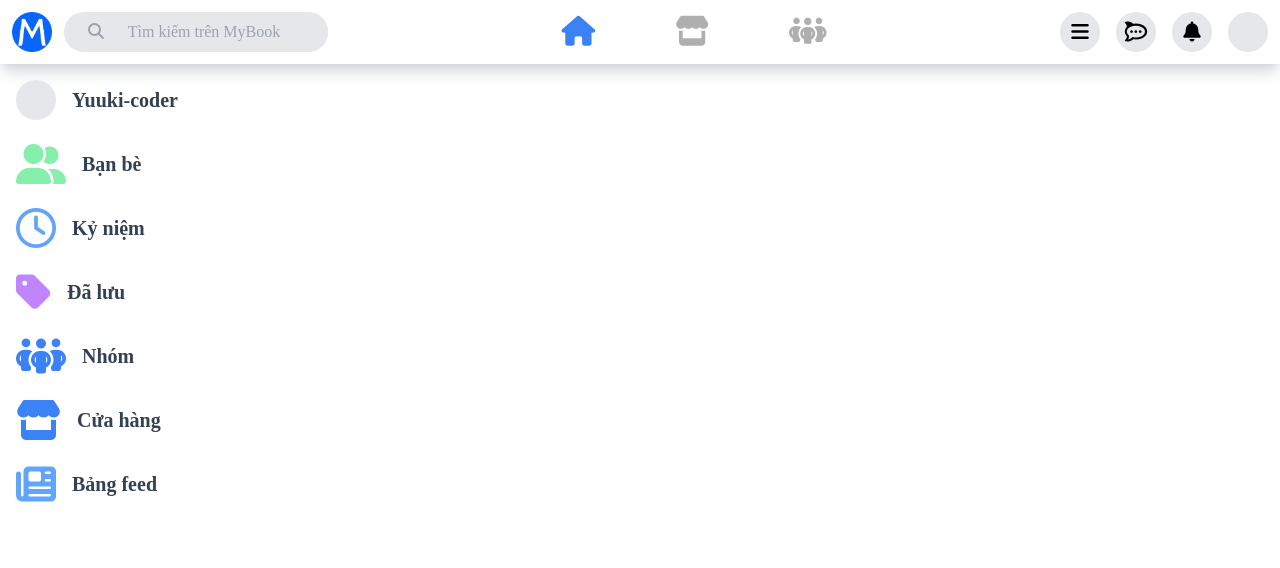
Repository: Yuukicoder/MyBook
Page: / (app in mybook/)
These files come from the project's save history. The page is drawn as it stood at one moment and after the next save; the edit follows.
The browser window is 1280 px wide. The pictures show the whole page.
The project was rebuilt for these pictures with package versions that can differ from the ones it lists, and the page was loaded fresh each time.

Above is the page before, as saved 2023-12-13 16:15:08.

After the next save:
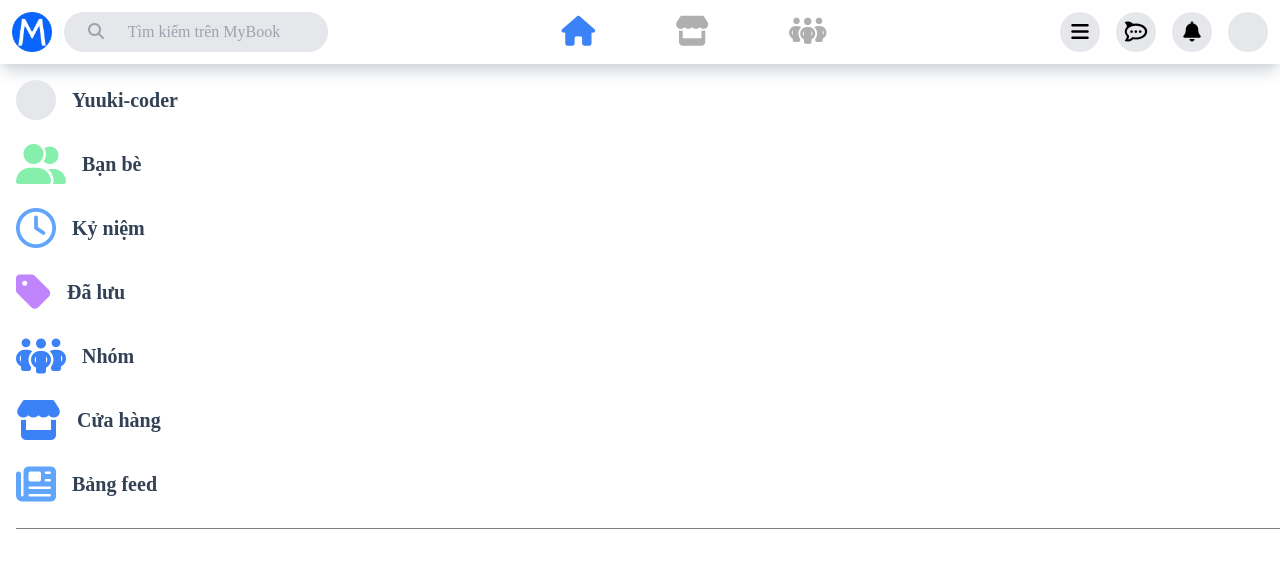
Saved 37 s later.
--- a/mybook/src/Option.css
+++ b/mybook/src/Option.css
@@ -2,3 +2,8 @@
 .box i{
     font-size: 40px;
 }
+.line{
+    width: 100%;
+    height: 1px;
+    background-color: grey;
+}

After the save that followed:
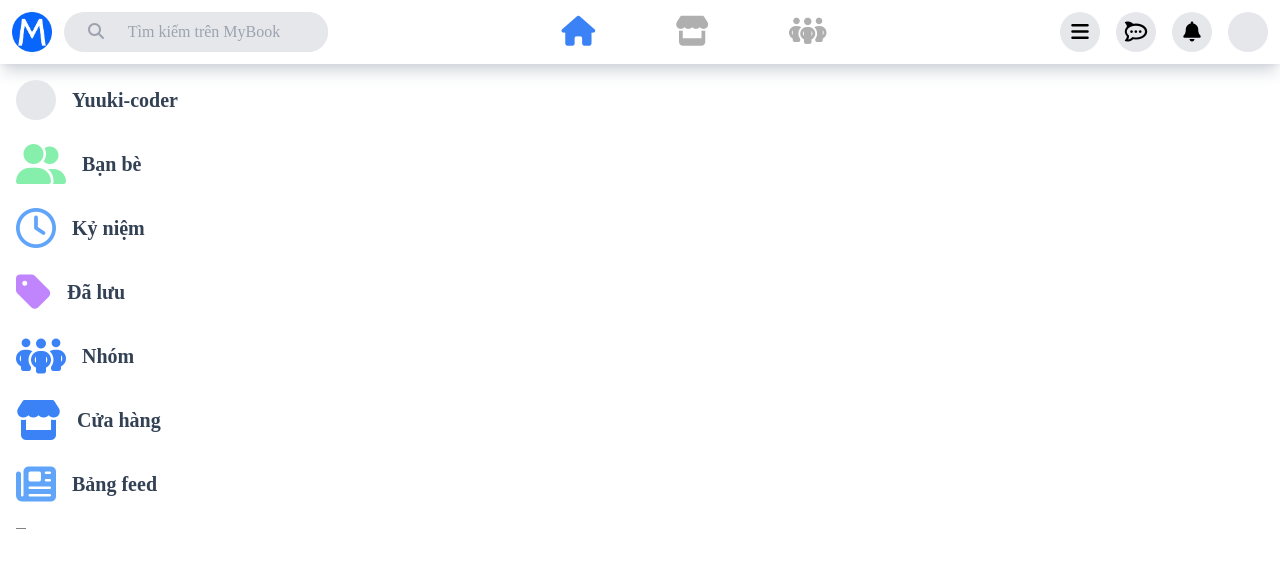
Saved 12 s later.
--- a/mybook/src/Option.css
+++ b/mybook/src/Option.css
@@ -3,7 +3,7 @@
     font-size: 40px;
 }
 .line{
-    width: 100%;
+    width: 10px;
     height: 1px;
     background-color: grey;
 }
